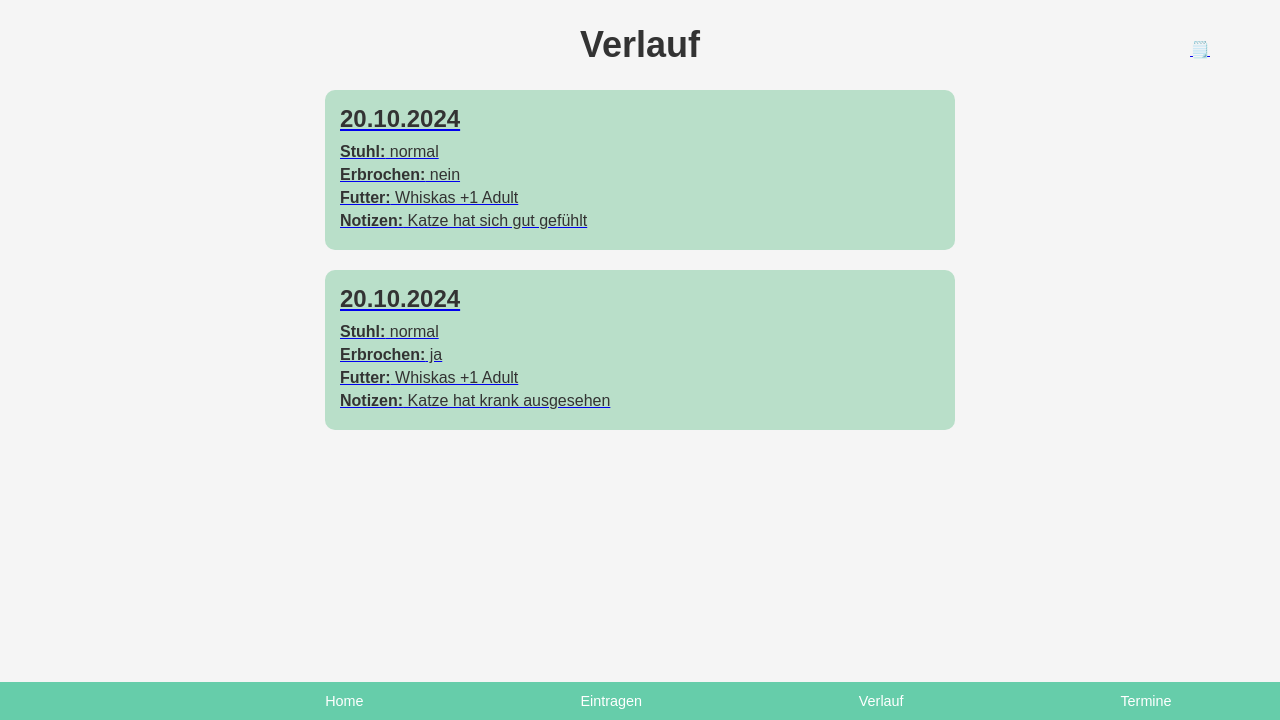
Repository: jakemoes/Pet-Tracker
Page: PWA/trendSecond.html
These files come from the project's save history. The page is drawn as it stood at one moment and after a run of saves; the edit follows.
The browser window is 1280 px wide. The pictures show the whole page.

Above is the page before, as saved 2024-12-06 19:13:51.

After the next 2 saves:
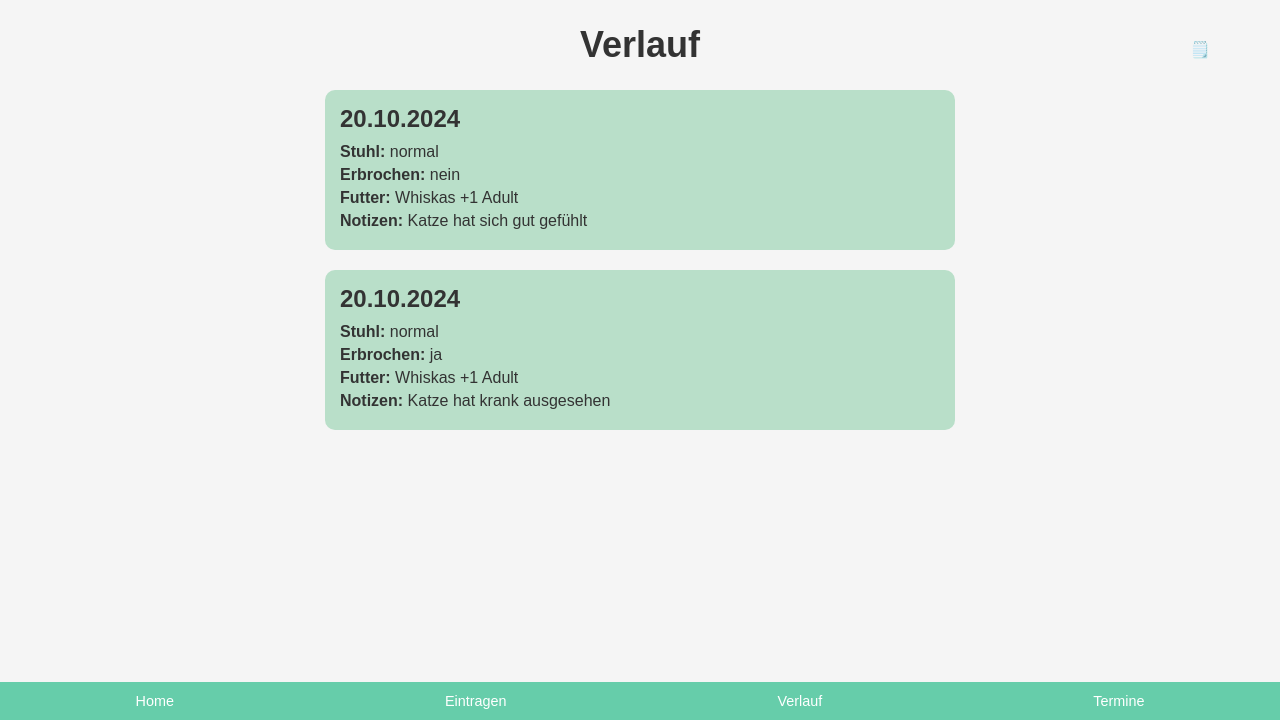
The 2 saves are shown as one change because they came seconds apart.
The last was saved 6 s later.
--- a/PWA/trendSecond.html
+++ b/PWA/trendSecond.html
@@ -9,7 +9,9 @@
 <body>
         <h1>Verlauf</h1>
         <div class="icon">
-            <a href="trend.css"<span class="smiley">🗒️</span>
+            <a href="trend.css">
+
+            </a><span class="smiley">🗒️</span>
         </div>
         <div class="entry">
             <h2>20.10.2024</h2>
